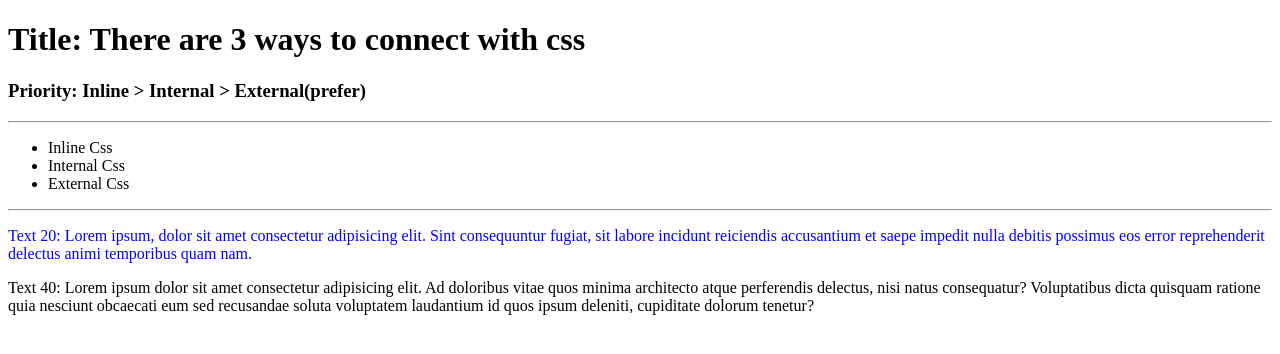
Repository: j4tdn/java18-repository
Page: 2. CSS3/ex02-css-selector-class-id.html
The author's editor kept a copy of each file at every save. The page is drawn from the files as they stood at one save, then again after the next save.
The browser window is 1280 px wide. The pictures show the whole page.

Above is the page before, as saved 2023-10-21 17:45:01.

### 2. CSS3/ex02-css-selector-class-id.html
<!DOCTYPE html>
<html lang="en">
  <head>
    <meta charset="UTF-8" />
    <meta name="viewport" content="width=device-width, initial-scale=1.0" />
    <title>Ex02 - Css Selector class id</title>
    <link rel="stylesheet" href="css/style-base.css" />
    <link rel="stylesheet" href="css/utils.css" />
  </head>
  <body>
    <!-- html comments -->
    <h1>Title: There are 3 ways to connect with css</h1>
    <h3>Priority: Inline > Internal > External(prefer)</h3>

    <hr />

    <ul>
      <li>Inline Css</li>
      <li>Internal Css</li>
      <li>External Css</li>
    </ul>
    <hr />
    <p class="text20">
      Text 20: Lorem ipsum, dolor sit amet consectetur adipisicing elit. Sint
      consequuntur fugiat, sit labore incidunt reiciendis accusantium et saepe
      impedit nulla debitis possimus eos error reprehenderit delectus animi
      temporibus quam nam.
    </p>
    <p>
      Text 40: Lorem ipsum dolor sit amet consectetur adipisicing elit. Ad
      doloribus vitae quos minima architecto atque perferendis delectus, nisi
      natus consequatur? Voluptatibus dicta quisquam ratione quia nesciunt
      obcaecati eum sed recusandae soluta voluptatem laudantium id quos ipsum
      deleniti, cupiditate dolorum tenetur?
    </p>
  </body>
</html>

### 2. CSS3/css/style-base.css
p[class="text20"] {
  color: blue;
}

Loaded but not shown: 2. CSS3/css/utils.css (no stored copy; drawn as an empty file)

After the next save:
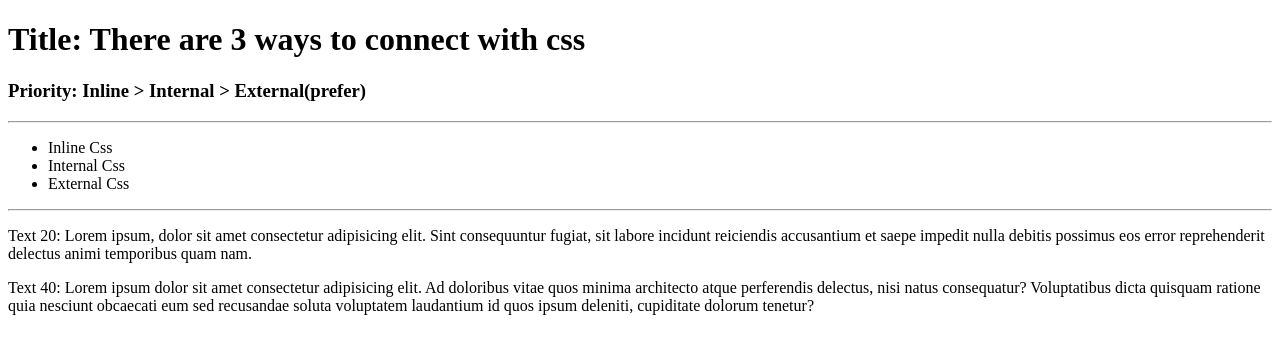
Saved 19 s later.
--- a/2. CSS3/css/style-base.css
+++ b/2. CSS3/css/style-base.css
@@ -1,3 +1,6 @@
-p[class="text20"] {
+/* p[class="text20"] {
   color: blue;
-}
+} */
+/* p.text20 {
+  color: blue;
+} */

After the save that followed:
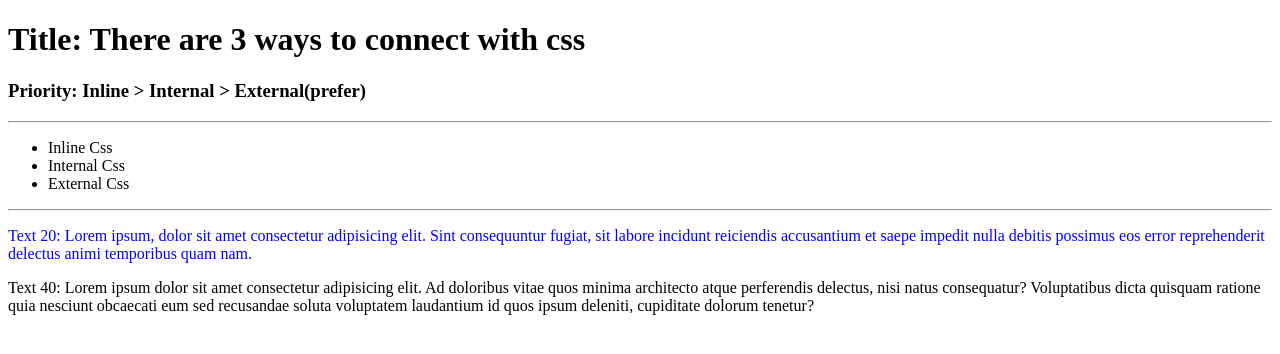
Saved 44 s later.
--- a/2. CSS3/css/style-base.css
+++ b/2. CSS3/css/style-base.css
@@ -1,6 +1,10 @@
+/* Chỉ có thẻ p với class là text20 mới ăn */
 /* p[class="text20"] {
   color: blue;
 } */
 /* p.text20 {
   color: blue;
 } */
+.text20 {
+  color: blue;
+}
